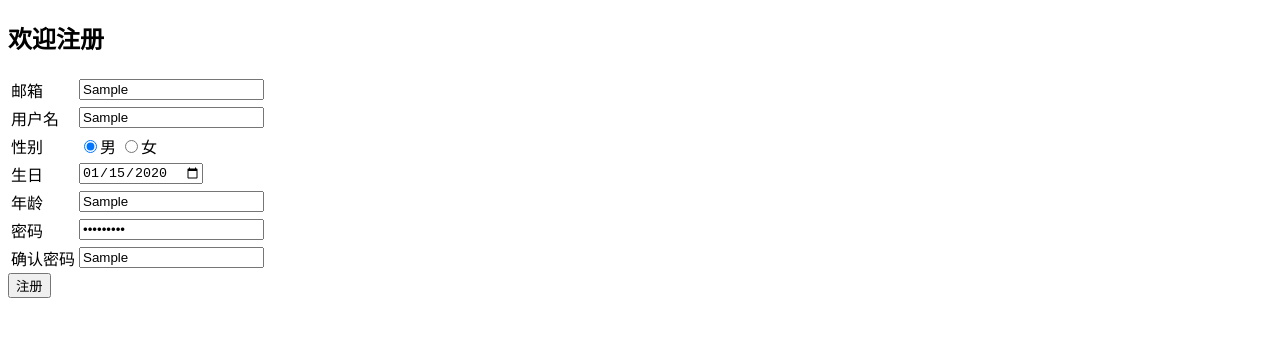
Repository: NiceYouKnow/Graduation-project
Page: src/main/resources/templates/register.html
These files come from the project's save history. The page is drawn as it stood at one moment and after a run of saves; the edit follows.
The browser window is 1280 px wide. The pictures show the whole page.
Empty fields were first filled with sample values (such as "Sample", 5 or name@example.com).
After loading, the first visible `#pwd1` was changed once.

Above is the page before, as saved 2020-04-28 00:34:15.
Console error: ReferenceError: validate is not defined

### src/main/resources/templates/register.html
    <!DOCTYPE html>
    <html lang="en">
    <head>
        <meta charset="utf-8">
        <meta http-equiv="X-UA-Compatible" content="IE=edge">
        <meta name="viewport" content="width=device-width, initial-scale=1">
        <link rel="stylesheet" type="text/css" href="./css/register.css" />
        <title>register</title>
    </head>
    <body>
    <h2>欢迎注册</h2>
    <form th:action="@{/user/register}" method="post" onsubmit="return check_submit()" name="form1">
        <div id="app">
            <table >
                <tr>
                    <td>邮箱</td>
                    <td>
                        <input type="text" name="email" placeholder="" id="email">
                    </td>
                </tr>
                <tr>
                   <td>用户名</td>
                   <td>
                       <input type="text" name="username" onblur="blur_username()" onfocus="focus_username()" >
                   </td>
                   <td>
                    <td width="300"><div id="result_name"></td>
                   </td>
               </tr>
               <tr>
                   <td>性别</td>
                   <td>
                       <input type="radio" name="sex" checked >男
                       <input type="radio" nmae="sex" >女
                   </td>
               </tr>
               <tr>
                   <td>生日</td>
                   <td>
                       <input type="date" name="birthday" placeholder=""  @change="getAge" v-model="birthday">
                   </td>
               </tr>
               <tr>
                   <td>年龄</td>
                   <td>
                       <input type="text" name="age" placeholder=""  v-model="agg">
                   </td>
               </tr>
               <tr>
                   <td>密码</td>
                   <td>
                       <input type="password" name="password" placeholder="请输入6-20位密码"  id="pwd">
                   <span id="result_pwd"></span>
                    </td>
               </tr>
               <tr>
                   <td>确认密码</td>
                   <td>
                       <input type="text" name="passwordd" placeholder="请再次输入密码" id="pwd1" onkeyup="validate()">
                       <span id="tishi"></span>
                    </td>
               </tr>
                </table>
            <div>
                <button type="submit" >注册</button>
            </div>
        </div>
    </form>
    </body>
    <script src="https://cdn.jsdelivr.net/npm/vue/dist/vue.js"></script>
    <script src="js/register.js"></script>
    </html>

### src/main/resources/templates/js/register.js

var app=new Vue({
    el:"#app",
     data:
     {
        birthday:'',//出生年月日
        agg:'',//年龄
        passwordModel:"",
        passwordcheckModel:"",
        passwordFlag:false
   },
   methods:{
//      判断用户的年龄
     getAge()
     {
       let birthdays = new Date(this.birthday.replace(/-/g, "/"));
       let d = new Date();
       let age =
         d.getFullYear() -
         birthdays.getFullYear() -
         (d.getMonth() < birthdays.getMonth() ||
         (d.getMonth() == birthdays.getMonth() &&
         d.getDate() < birthdays.getDate())
           ? 1
           : 0); //现在时间减去出生日期
       this.agg = age;
     },
    },
   })
/*
    表单验证
*/
var flag = false;   // flag 如果为true（即用户名合法）就允许表单提交， 如果为false（即用户名不合法）阻止提交
// 当鼠标聚焦于用户名
function focus_username()
{
    // 找到后面的div, id = result_name
    var nameObj = document.getElementById("result_name");
    nameObj.innerHTML = "用户名不能包含特殊字符且为5~20位";
    nameObj.style.color="#999";
}
// 当鼠标不聚焦于用户名input
function blur_username()
{
    // 找到id=result_name的div
    var nameObj = document.getElementById("result_name");
    // 判断用户名是否合法
    var str2 = check_user_name(document.form1.username.value);
    nameObj.style.color="red";
    if ("该用户名合法" ==  str2)
    {
        flag = true;
        nameObj.innerHTML = str2;
    }
    else
    {
        nameObj.innerHTML = str2;
    }

}
/*
    表单验证
*/
var flag = false;   // flag 如果为true（即用户名合法）就允许表单提交， 如果为false（即用户名不合法）阻止提交
// 当鼠标聚焦于用户名
function focus_username()
{
    // 找到后面的div, id = result_name
    var nameObj = document.getElementById("result_name");
    nameObj.innerHTML = "用户名不能包含特殊字符且为5~20位";
    nameObj.style.color="#999";
}
// 当鼠标不聚焦于用户名input
function blur_username()
{
    // 找到id=result_name的div
    var nameObj = document.getElementById("result_name");
    // 判断用户名是否合法
    var str2 = check_user_name(document.form1.username.value);
    nameObj.style.color="red";
    if ("该用户名合法" ==  str2)
    {
        flag = true;
        nameObj.innerHTML = str2;
    }
    else
    {
        nameObj.innerHTML = str2;
    }

}
// 检查用户名是否合法        合法就返回"该用户名合法"
function check_user_name(str)
{
    var str2 = "该用户名合法";
    if ("" == str)
    {
        str2 = "用户名为空";
        return str2;
    }
    else if ((str.length < 5) || (str.length > 20))
    {
        str2 = "用户名必须为5 ~ 20位";
        return str2;
    }
    else if (check_other_char(str))
    {
        str2 = "不能含有特殊字符";
        return str2;
    }
    return str2;
}
// 验证用户名是否含有特殊字符
function check_other_char(str)
{
    var arr = ["&", "\\", "/", "*", ">", "<", "@", "!"];
    for (var i = 0; i < arr.length; i++)
    {
        for (var j = 0; j < str.length; j++)
        {
            if (arr[i] == str.charAt(j))
            {
                return true;
            }
        }
    }
    return false;
}
// 根据验证结果确认是否提交
function check_submit()
{
    if (flag == false)
    {
        return false;
    }
    return true;
}
email.onchange = function(){
    var email = this.value;
    var reg = /^([a-zA-Z]|[0-9])(\w|\-)+@[a-zA-Z0-9]+\.([a-zA-Z]{2,4})$/;
    if(reg.test(email)){
        console.log("邮箱格式正确")
    }else{
        alert("邮箱格式不正确");
    }
}

Loaded but not shown: src/main/resources/templates/css/register.css (no copy from this time; the picture is the same without it)

After the next 2 saves:
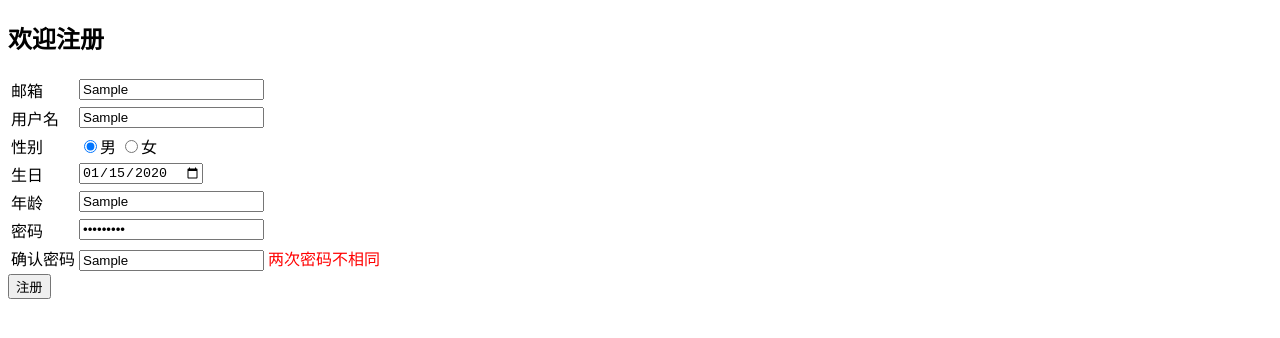
Console error: TypeError: Cannot set properties of null (setting 'disabled')
The 2 saves are shown as one change because they came seconds apart.
The last was saved 65 s later.
--- a/src/main/resources/templates/js/register.js
+++ b/src/main/resources/templates/js/register.js
@@ -144,3 +144,18 @@ email.onchange = function(){
         alert("邮箱格式不正确");
     }
 }
+function validate() {
+    var pwd1 = document.getElementById("pwd").value;
+    var pwd2 = document.getElementById("pwd1").value;
+
+<!-- 对比两次输入的密码 -->
+    if(pwd1 == pwd2)
+     {
+        document.getElementById("tishi").innerHTML="<font color='green'>两次密码相同</font>";
+        document.getElementById("button").disabled = false;
+     }
+else {
+        document.getElementById("tishi").innerHTML="<font color='red'>两次密码不相同</font>";
+        document.getElementById("button").disabled = true;
+     }
+}
